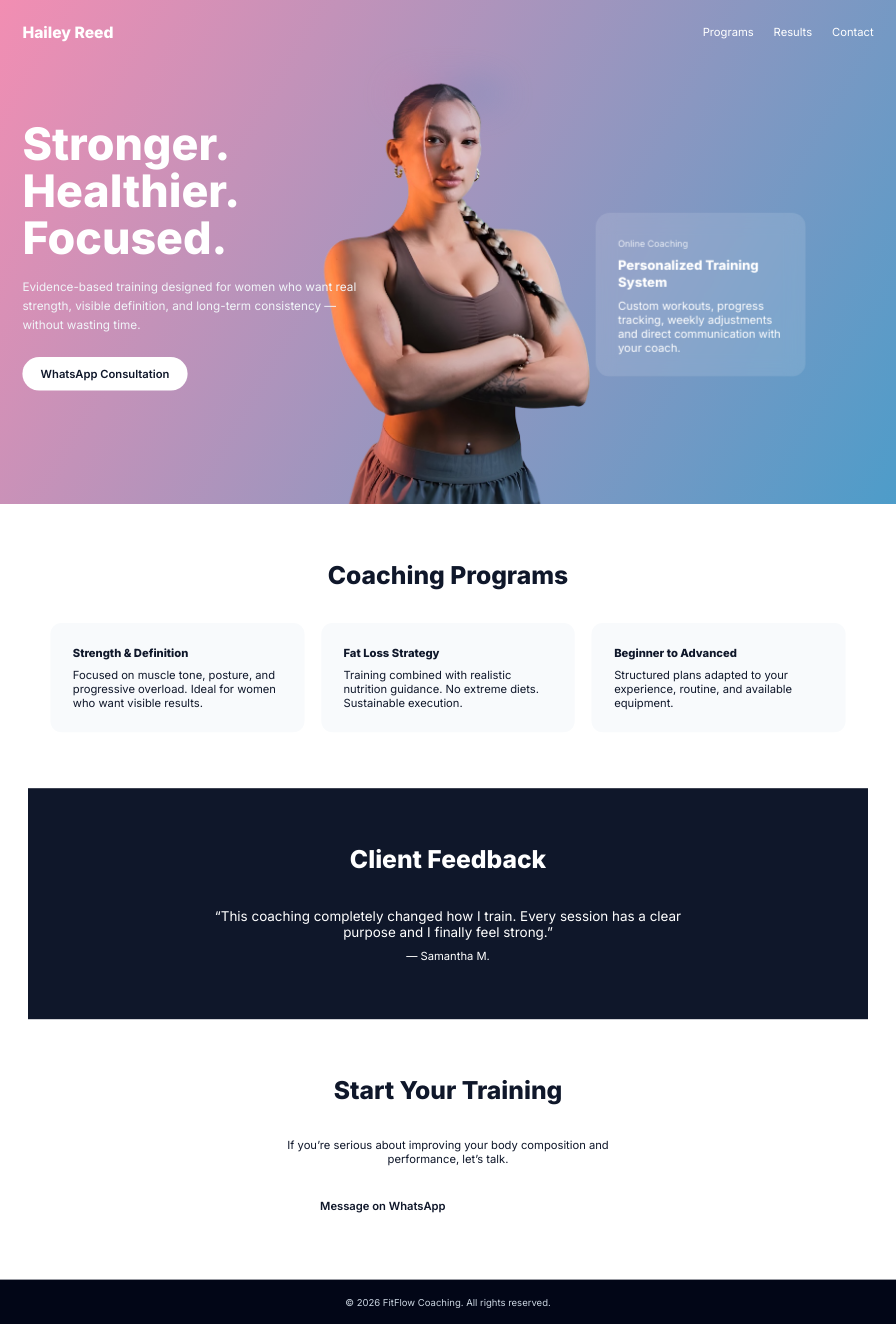
Repository: davidfsillva/Hailey-Reed-Coaching
Page: index.html
The author's editor kept a copy of each file at every save. The page is drawn from the files as they stood at one save, then again after a run of saves.
The browser window is 1280 px wide. The pictures show the whole page, at 70% of full size.

Above is the page before, as saved 2026-02-11 17:47:58.

### index.html
<!DOCTYPE html>
<html lang="en">
<head>
  <meta charset="UTF-8" />
  <meta name="viewport" content="width=device-width, initial-scale=1.0" />
  <title>Personal Trainer | Online Coaching</title>
  <link rel="stylesheet" href="style.css" />
  <link rel="preconnect" href="https://fonts.googleapis.com">
  <link rel="preconnect" href="https://fonts.gstatic.com" crossorigin>
  <link href="https://fonts.googleapis.com/css2?family=Inter:wght@400;600;800&display=swap" rel="stylesheet">
</head>
<body>

<header class="hero">
  <nav class="nav">
    <h1 class="logo">Hailey Reed</h1>
    <div class="nav-links">
      <a href="#programs">Programs</a>
      <a href="#results">Results</a>
      <a href="#contact">Contact</a>
    </div>
  </nav>

  <!-- IMAGEM DO TREINADOR -->
  <img class="hero-img" src="img/Photoroom_20260211_45117 PM.png" alt="Trainer" />

  <!-- GRADIENTE SOBRE A IMAGEM -->
  <div class="hero-gradient"></div>

  <!-- CONTEÚDO DO HERO -->
  <div class="hero-content">
    <div class="hero-text">


  <h2 class="hero-title">
    Stronger.<br>
    Healthier.<br>
    Focused.
  </h2>
      <p>
        Evidence-based training designed for women who want real strength,
        visible definition, and long-term consistency — without wasting time.
      </p>
      <div class="cta-group">
        <a href="https://wa.me/5599999999999" target="_blank" class="btn primary">
          WhatsApp Consultation
        </a>
      </div>
    </div>

    <div class="blur"></div>

    <div class="hero-card">
      <span class="tag">Online Coaching</span>
      <h3>Personalized Training System</h3>
      <p>
        Custom workouts, progress tracking, weekly adjustments
        and direct communication with your coach.
      </p>
    </div>
  </div>
</header>


<section id="programs" class="section">
  <h3>Coaching Programs</h3>

  <div class="cards">
    <div class="card">
      <h4>Strength & Definition</h4>
      <p>
        Focused on muscle tone, posture, and progressive overload.
        Ideal for women who want visible results.
      </p>
    </div>

    <div class="card">
      <h4>Fat Loss Strategy</h4>
      <p>
        Training combined with realistic nutrition guidance.
        No extreme diets. Sustainable execution.
      </p>
    </div>

    <div class="card">
      <h4>Beginner to Advanced</h4>
      <p>
        Structured plans adapted to your experience, routine,
        and available equipment.
      </p>
    </div>
  </div>
</section>

<section id="results" class="section dark">
  <h3>Client Feedback</h3>

  <div class="testimonial">
    <p>
      “This coaching completely changed how I train.
      Every session has a clear purpose and I finally feel strong.”
    </p>
    <span>— Samantha M.</span>
  </div>
</section>

<section id="contact" class="section">
  <h3>Start Your Training</h3>
  <p class="contact-text">
    If you’re serious about improving your body composition
    and performance, let’s talk.
  </p>

  <div class="cta-group center">
    <a href="https://wa.me/5599999999999" target="_blank" class="btn primary">
      Message on WhatsApp
    </a>
    <a href="https://instagram.com/seuinstagram" target="_blank" class="btn secondary">
      Visit Instagram
    </a>
  </div>
</section>

<footer class="footer">
  <p>© 2026 FitFlow Coaching. All rights reserved.</p>
</footer>

<script src="script.js"></script>
</body>
</html>

### style.css
:root {
  --pink: #f07aa5;
  --blue: #2e8bc0;
  --dark: #0f172a;
  --light: #ffffff;
  --muted: #cbd5e1;
}

* {
  margin: 0;
  padding: 0;
  box-sizing: border-box;
  font-family: 'Inter', sans-serif;
}

body {
  background: var(--light);
  color: var(--dark);
}

/* ================= HERO ================= */
.hero {
  position: relative;
  min-height: 100vh;
  padding: 32px;
  color: white;
  overflow: hidden;
}

/* IMAGEM DO TREINADOR */
/* IMAGEM DO TREINADOR */
.hero-img {
  position: absolute;
  top: 50%;
  left: 50%;
  transform: translate(-50%, -50%);
  width: 60%;
  max-width: 500px;
  height: auto;
  z-index: 2; /* imagem acima do gradiente */
}

/* GRADIENTE SOBRE A IMAGEM (agora atrás da imagem) */
.hero-gradient {
  position: absolute;
  top: 0;
  left: 0;
  width: 100%;
  height: 100%;
  background: linear-gradient(
    120deg,
    rgba(240,122,165,0.85),
    rgba(46,139,192,0.85)
  );
  z-index: 1; /* atrás da imagem */
}

/* CONTEÚDO DO HERO (texto e card) */
.hero-content {
  position: relative;
  z-index: 5; /* sempre acima da imagem */
}


/* TEXTO DO HERO */

.hero-text {
  display: flex;
  flex-direction: column;
  justify-content: center;
  height: 85vh;
}

/* Nome */
.trainer-name {
  font-size: 0.9rem;
  letter-spacing: 3px;
  text-transform: uppercase;
  opacity: 0.85;
  margin-bottom: 60px;
}

/* Título */
.hero-title {
  font-size: clamp(3rem, 6vw, 5rem);
}

/* Parágrafo */
.hero-text p {
  max-width: 500px;
  line-height: 1.6;
}


.blur {
  position: absolute;
  left: 50%;
  top: 60px; /* ajuste conforme altura do botão */
  transform: translateX(-50%);
  width: 160px;
  height: 30px;
  background: linear-gradient(
    90deg,
    rgba(240,122,165,0.8),
    rgba(46,139,192,0.8)
  );
  filter: blur(25px);
  border-radius: 50%;
  opacity: 0.7;
  z-index: 0;
}
.hero-text h2 {
  font-size: clamp(2.8rem, 5vw, 4.2rem);
  line-height: 1.05;
  margin-bottom: 24px;
}

.hero-text p {
  max-width: 480px;
  font-size: 1.05rem;
  color: #f1f5f9;
}

/* BOTÕES */
.cta-group {
  display: flex;
  gap: 16px;
  margin-top: 32px;
  flex-wrap: wrap;
}

.btn {
  padding: 14px 26px;
  border-radius: 999px;
  font-weight: 600;
  text-decoration: none;
  transition: 0.3s;
}

.btn.primary {
  background: white;
  color: var(--dark);
}

.btn.secondary {
  border: 1px solid white;
  color: white;
}

.btn:hover {
  transform: translateY(-2px);
}

/* CARD COM BLUR */
.hero-card {
  position: absolute; /* posição relativa ao hero */
  top: 40%;           /* ajuste vertical: quanto mais alto o %, mais baixo ele fica */
  right: 8%;          /* distância da borda direita */
  width: 300px;       /* largura do card */
  background: rgba(255,255,255,0.12);
  backdrop-filter: blur(14px);
  padding: 32px;
  border-radius: 20px;
  z-index: 4;         /* acima da imagem */
}

/* TAG E TÍTULO DO CARD */
.hero-card .tag {
  font-size: 0.8rem;
  opacity: 0.8;
}

.hero-card h3 {
  margin: 12px 0;
}

/* ================= NAVBAR ================= */
.nav {
  position: relative;
  z-index: 10; /* maior que imagem, gradiente e card */

  display: flex;              /* ativa alinhamento horizontal */
  justify-content: space-between; /* logo esquerda, links direita */
  align-items: center;        /* centraliza verticalmente */
}

.nav-links a {
  position: relative;
  color: white;
  margin-left: 24px;
  text-decoration: none;
  font-weight: 500;
  padding-bottom: 4px;
}

.nav-links a::after {
  content: "";
  position: absolute;
  left: 0;
  bottom: 0;
  width: 0%;
  height: 2px;
  background: white;
  transition: width 0.3s ease;
}

.nav-links a:hover::after {
  width: 100%;
}



.logo {
  font-weight: 800;
  font-size: 1.4rem;
}

.nav-links a {
  color: white;
  margin-left: 24px;
  text-decoration: none;
  font-weight: 500;
}

/* ================= SECTIONS ================= */
.section {
  padding: 80px 32px;
  max-width: 1200px;
  margin: auto;
}

.section h3 {
  font-size: 2.2rem;
  margin-bottom: 48px;
  text-align: center;
}

.cards {
  display: grid;
  grid-template-columns: repeat(auto-fit,minmax(260px,1fr));
  gap: 24px;
}

.card {
  background: #f8fafc;
  padding: 32px;
  border-radius: 16px;
}

.card h4 {
  margin-bottom: 12px;
}

.dark {
  background: #0f172a;
  color: white;
}

.testimonial {
  max-width: 700px;
  margin: auto;
  text-align: center;
}

.testimonial p {
  font-size: 1.2rem;
  margin-bottom: 12px;
}

.contact-text {
  text-align: center;
  max-width: 520px;
  margin: 0 auto 32px;
}

.center {
  justify-content: center;
}

/* ================= FOOTER ================= */
.footer {
  padding: 24px;
  text-align: center;
  background: #020617;
  color: var(--muted);
  font-size: 0.85rem;
}

/* ================= RESPONSIVE ================= */
@media (max-width: 900px) {
  .hero-content {
    grid-template-columns: 1fr;
    text-align: center;
  }

  .hero-text p {
    margin: auto;
  }

  .hero-card {
    margin-top: 32px;
  }

  .hero-img {
    width: 90%; /* ajusta para telas menores */
  }

    .nav {
    flex-direction: column;
    gap: 16px;
  }

  .nav-links a {
    margin-left: 0;
  }
}

### script.js
// Smooth scroll for internal links
document.querySelectorAll('a[href^="#"]').forEach(anchor => {
  anchor.addEventListener('click', function (e) {
    e.preventDefault();
    document.querySelector(this.getAttribute('href'))
      .scrollIntoView({ behavior: 'smooth' });
  });
});

After the next 2 saves:
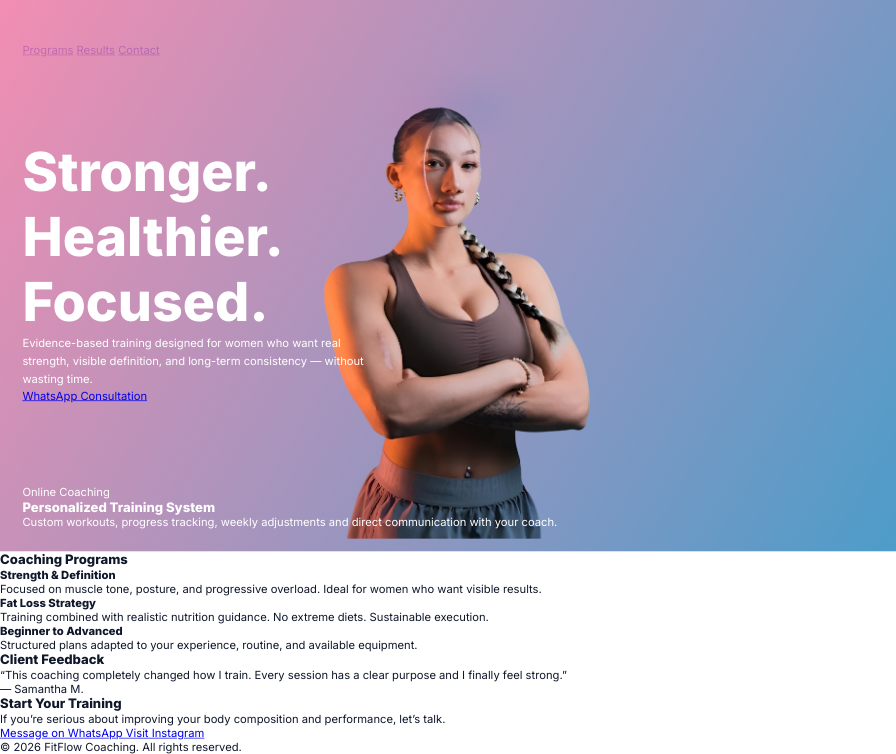
The 2 saves are shown as one change because they came seconds apart.
The last was saved 35 s later.
--- a/style.css
+++ b/style.css
@@ -108,7 +108,13 @@
   border-radius: 50%;
   opacity: 0.7;
   z-index: 0;
-}
+
+
+.cta-group {
+  position: relative;
+  display: inline-block; /* importante */
+}
+
 .hero-text h2 {
   font-size: clamp(2.8rem, 5vw, 4.2rem);
   line-height: 1.05;

After the 2 saves that followed:
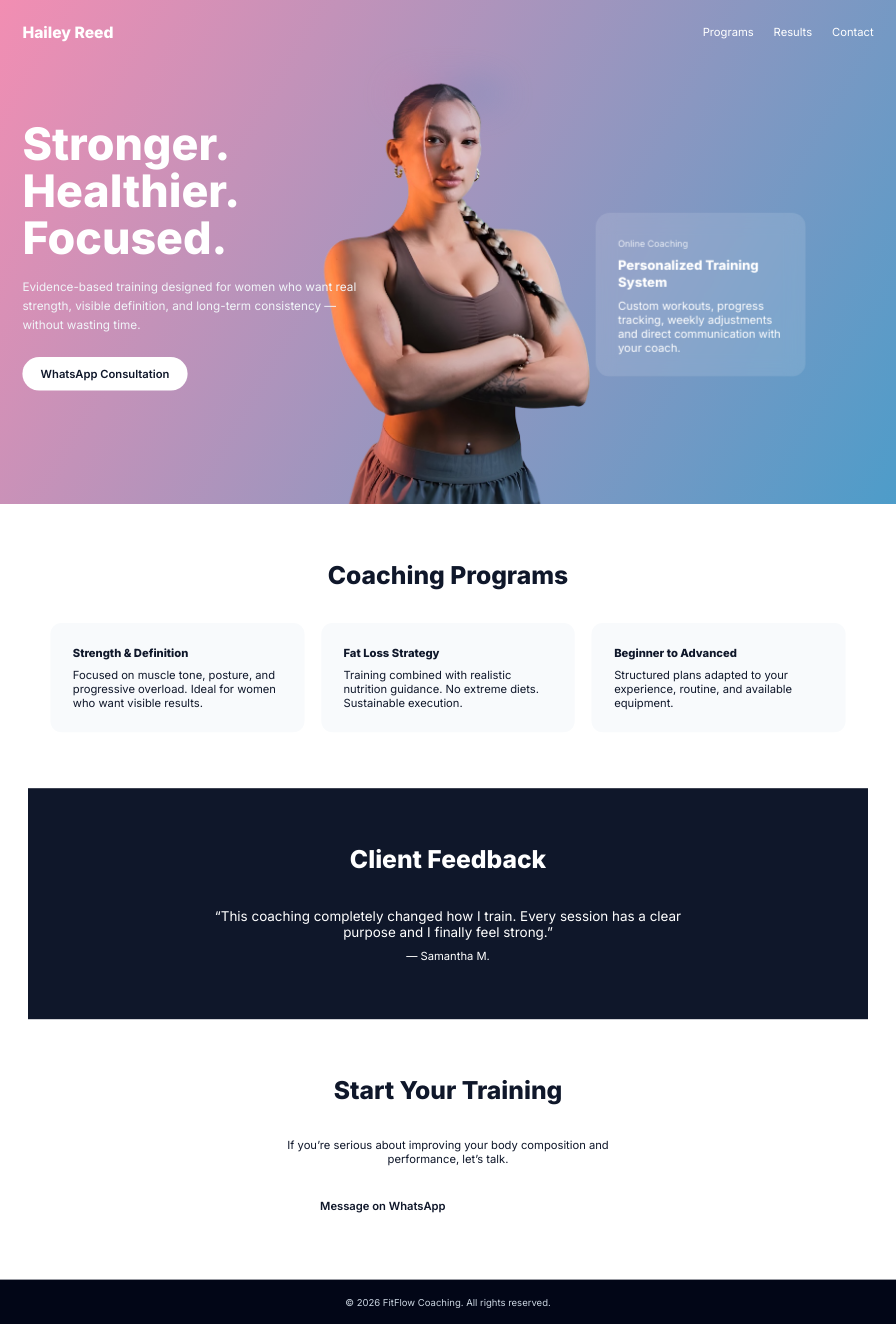
The 2 saves are shown as one change because they came seconds apart.
The last was saved 39 s later.
--- a/style.css
+++ b/style.css
@@ -109,10 +109,6 @@
   opacity: 0.7;
   z-index: 0;
 
-
-.cta-group {
-  position: relative;
-  display: inline-block; /* importante */
 }
 
 .hero-text h2 {
